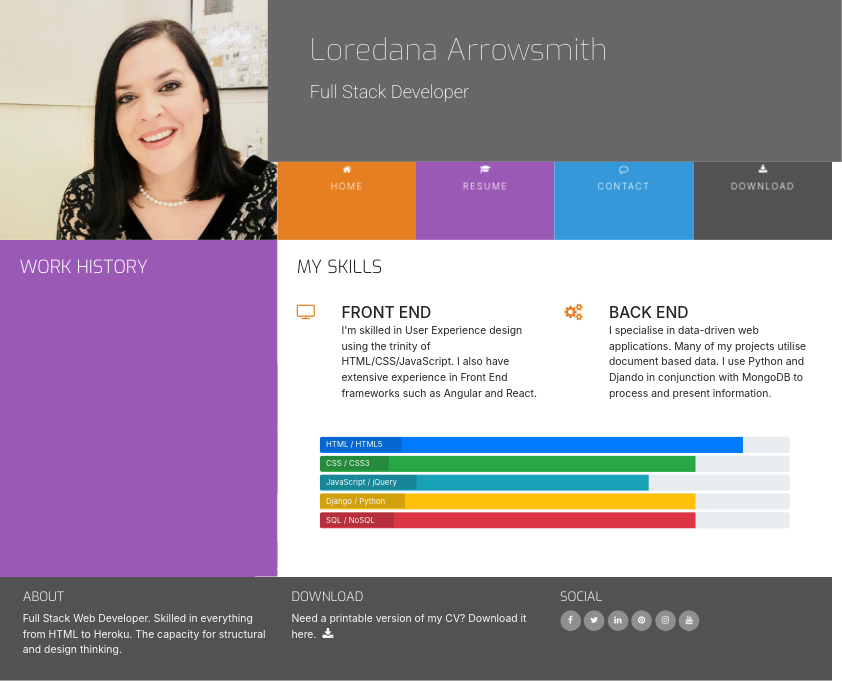
Repository: lolalongo11/Loredana-Resume
Page: resume.html
The author's editor kept a record of every edit. The page is drawn from the files as they stood at one moment, then again after the next edit.
The browser window is 1280 px wide. The page is 1295 px wide, so the pictures cover 1295 px, including what lies to the right of the window. The pictures show the whole page, at 65% of full size.

Above is the page before.

### resume.html
<!DOCTYPE html>
<html lang="en">

<head>
    <meta charset="UTF-8">
    <meta name="viewport" content="width=device-width, initial-scale=1.0">
    <meta http-equiv="X-UA-Compatible" content="ie=edge">
    <link rel="stylesheet" href="https://stackpath.bootstrapcdn.com/bootstrap/4.3.1/css/bootstrap.min.css" type="text/css" />
    <link rel="stylesheet" href="https://stackpath.bootstrapcdn.com/font-awesome/4.7.0/css/font-awesome.min.css" type="text/css" />
    <link rel="stylesheet" href="https://cdnjs.cloudflare.com/ajax/libs/hover.css/2.3.1/css/hover-min.css" type="text/css" />
    <link rel="stylesheet" href="assets/css/style.css" type="text/css" />
    <title>Loredana</title>
</head>

<body>
    <header>
        <div class="row no-gutters">
            <a href="index.html" class="col-md-4 logo">
                </a>

            <div class="col-md-8 no-gutters">
                <div class="row bg-color-name-title">
                    <div class="col heading">
                        <h1 class="name">Loredana Arrowsmith</h1>
                        <h2 class="title">Full Stack Developer</h2>
                    </div>
                </div>
                <div class="col no-gutters">
                    <ul id="nav" class="list-inline menucontainer">
                        <li class="col-6 col-sm-3 ui-menu-color-home list-inline-item menuitem">
                            <a href="#" class="hvr-sweep-to-bottom"><i class="fa fa-home" aria-hidden="true"></i><span>Home</span></a>
                        </li>
                        <li class="col-6 col-sm-3 ui-menu-color-resume list-inline-item menuitem">
                            <a href="#" class="hvr-sweep-to-bottom"><i class="fa fa-graduation-cap" aria-hidden="true"></i><span>Resume</span></a>
                        </li>
                        <li class="col-6 col-sm-3 ui-menu-color-contact list-inline-item menuitem">
                            <a href="#" class="hvr-sweep-to-bottom"><i class="fa fa-comment-o" aria-hidden="true"></i><span>Contact</span></a>
                        </li>
                        <li class="col-6 col-sm-3 ui-menu-color-download list-inline-item menuitem">
                            <a href="#" class="hvr-sweep-to-bottom"><i class="fa fa-download" aria-hidden="true"></i><span>Download</span></a>
                        </li>
                    </ul>
                </div>
            </div>
        </div>

    </header>
    <section class="container-fluid">
        <div class="row">
            <div class="col-md-4 bg-color-work-history section-column">
                <div class="row">
                    <div class="col-12">
                        <h3 class="history-heading uppercase">
                            Work History
                        </h3>
                    </div>
                </div>
            </div>
            <div class="col-md-8 bg-color-three-reasons section-column">
                <div class="row">
                    <div class="col">
                        <h3 class="section-heading uppercase">My Skills</h3>
                    </div>
                </div>
                <div class="row">
                    <div class="col-10 offset-1 offset-sm-0 col-sm-4 col-md-6">
                        <div class="row">
                            <div class="col-2">
                                <i class="three-reasons-icon fa fa-tv" aria-hidden="true"></i>
                            </div>
                            <div class="col-10">
                                <h4 class="three-reasons-heading uppercase">Front End</h4>
                                <p>
                                    I'm skilled in User Experience design using the trinity of HTML/CSS/JavaScript.
                                    I also have extensive experience in Front End frameworks such as Angular and React.
                                </p>
                            </div>
                        </div>
                    </div>
                    <div class="col-10 offset-1 offset-sm-0 col-sm-4 col-md-6">
                        <div class="row">
                            <div class="col-2">
                                <i class="three-reasons-icon fa fa-gears" aria-hidden="true"></i>
                            </div>
                            <div class="col-10">
                                <h4 class="three-reasons-heading uppercase">Back End</h4>
                                <p>
                                    I specialise in data-driven web applications. Many of my projects utilise document
                                    based data. I use Python and Djando in conjunction with MongoDB to process and present information.
                                </p>
                            </div>
                        </div>
                    </div>
                </div>
                <div class="row progress-section">
                    <div class="col">
                        <div class="progress">
                            <div class="progress-bar" role="progressbar" aria-valuenow="90" aria-valuemin="0" aria-valuemax="100" style="width:90%;">
                                <span class="sr-only">90% complete</span>
                            </div>
                            <span class="progress-type">HTML / HTML5</span>
                        </div>
                        <div class="progress">
                            <div class="progress-bar bg-success" role="progressbar" aria-valuenow="80" aria-valuemin="0" aria-valuemax="100" style="width:80%;">
                                <span class="sr-only">80% complete</span>
                            </div>
                            <span class="progress-type">CSS / CSS3</span>
                        </div>
                        <div class="progress">
                            <div class="progress-bar bg-info" role="progressbar" aria-valuenow="70" aria-valuemin="0" aria-valuemax="100" style="width:70%;">
                                <span class="sr-only">70% complete</span>
                            </div>
                            <span class="progress-type">JavaScript / jQuery</span>
                        </div>
                        <div class="progress">
                            <div class="progress-bar bg-warning" role="progressbar" aria-valuenow="80" aria-valuemin="0" aria-valuemax="100" style="width:80%;">
                                <span class="sr-only">80% complete</span>
                            </div>
                            <span class="progress-type">Django / Python</span>
                        </div>
                        <div class="progress">
                            <div class="progress-bar bg-danger" role="progressbar" aria-valuenow="80" aria-valuemin="0" aria-valuemax="100" style="width:80%;">
                                <span class="sr-only">80% complete</span>
                            </div>
                            <span class="progress-type">SQL / NoSQL</span>
                        </div>
                    </div>
                </div>
            </div>
        </div>
    </section>
    <footer class="container-fluid">
        <div id="footer-details" class="row">
            <div class="col-sm-4">
                <h5 class="uppercase general-sub">About</h5>
                <p class="inline-block">
                    Full Stack Web Developer. Skilled in everything from HTML to Heroku. The capacity for structural and design thinking.
                </p>
            </div>
            <div class="col-sm-4">
                <h5 class="uppercase general-sub">Download</h5>
                <p class="inline-block">
                    Need a printable version of my CV? Download it here.
                    <a href="#" target="_blank" class="cv-pdf">
                        <i class="fa fa-download" aria-hidden="true"></i>
                        <span class="sr-only">Download link.</span>
                    </a>
                </p>
            </div>
            <div class="col-sm-4">
                <h5 class="uppercase general-sub">Social</h5>
                <ul class="list-inline social-links">
                    <li class="list-inline-item">
                        <a target="_blank" href="#">
                            <i class="fa fa-facebook" aria-hidden="true"></i>
                            <span class="sr-only">Facebook</span>
                        </a>
                    </li>
                    <li class="list-inline-item">
                        <a target="_blank" href="#">
                            <i class="fa fa-twitter" aria-hidden="true"></i>
                            <span class="sr-only">Twitter</span>
                        </a>
                    </li>
                    <li class="list-inline-item">
                        <a target="_blank" href="#">
                            <i class="fa fa-linkedin" aria-hidden="true"></i>
                            <span class="sr-only">LinkedIn</span>
                        </a>
                    </li>
                    <li class="list-inline-item">
                        <a target="_blank" href="#">
                            <i class="fa fa-pinterest" aria-hidden="true"></i>
                            <span class="sr-only">pinterest</span>
                        </a>
                    </li>
                    <li class="list-inline-item">
                        <a target="_blank" href="#">
                            <i class="fa fa-instagram" aria-hidden="true"></i>
                            <span class="sr-only">Instagram</span>
                        </a>
                    </li>
                    <li class="list-inline-item">
                        <a target="_blank" href="#">
                            <i class="fa fa-youtube" aria-hidden="true"></i>
                            <span class="sr-only">You Tube</span>
                        </a>

                    </li>

                </ul>
            </div>
        </div>

    </footer>
</body>

</html>

### assets/css/style.css
@import url('https://fonts.googleapis.com/css?family=Roboto:100,200,300,400,500,600,700|Exo:100,200,300,400,500,600,700');

/* ----------------------------------------------------Colours */

.bg-color-name-title {
    background-color: #676767;
}

.bg-color-three-reasons {
    background-color: #fff;

}

.bg-color-personal-info {
    background-color: #f4f4f4;
}

.bg-color-work-history {
    background-color: #9b59b6;
}

.ui-menu-color-home {
    background-color: #e67e22;
}

.ui-menu-color-resume {
    background-color: #9b59b6;
}

.ui-menu-color-contact {
    background-color: #3498db;
}

.ui-menu-color-download {
    background-color: #525252;
}

/* ----------------------------------------------------Special margins/padding/text */

h1,
h2,
h3,
h4 {
    margin: 0;
}

.uppercase {
    text-transform: uppercase;
}

.general-sub {
    font-family: "Exo", sans-serif;
    font-weight: 300;
    color: #fafafa;
}

.inline-block {
    display: inline-block;
}

.row-table {
    display: table;
}


.section-column {
    display: table-cell;
    padding: 0 30px 30px;
    float: none;
}

.history-heading,
.section-heading {
    font-family: "Exo"; sans-serif;
    font-weight: 300;
    margin-top: 25px;
    margin-bottom: 40px;
}



/* ----------------------------------------------------Heading */

.header {
    margin: 0;
}

.heading {
    margin-left: 50px;
}

.logo {
    background: url("../images/loredana.jpg");
    background-position: center;
    background-repeat: no-repeat;
    background-size: cover;
    min-height: 360px;
    transition: all .5s ease-in-out;
    -moz-transition: all .5s ease-in-out;
    -webkit-transition: all .5s ease-in-out;
}

.name {
    font-family: "Exo", sans-serif;
    font-weight: 100;
    font-size: 46px;
    margin-top: 50px;
    color: #fff;
}

.title {
    font-family: "Roboto", sans-serif;
    font-weight: 200;
    font-size: 28px;
    margin-top: 20px;
    margin-bottom: 90px;
    color: #fff;

}

.list-inline-item:not(:last-child) {
    margin: 0;
}

.menucontainer {
    font-size: 0;
}

#nav li {
    font-size: 14px;
    padding: 0;
}

#nav {
    margin: 0px;
}

.menuitem {
    height: 120px;
    text-align: center;
    padding: 0;
}

.menuitem a {
    width: 100%;
    text-decoration: none;
    color: #fff;
    height: 120px;
}

.menu a i {
    padding-top: 22px;
    display: block;
    color: #fafafa;
    font-size: 26px;
}

.menuitem span {
    display: block;
    width: 100%;
    padding-top: 5px;
    text-align: center;
    text-transform: uppercase;
    font-size: 14px;
    font-weight: 300;
    letter-spacing: 2px;
}

/* ----------------------------------------------------Hover.css */

.hvr-sweep-to-bottom:before {
    background: rgba(0, 0, 0, 0.2);
    height: 120px;
}

/* ----------------------------------------------------Footer */

footer {
    background-color: #525252;
    color: #fafafa;
    min-height: 120px;
    margin: 0;
}

.cv-pdf i {
    font-size: 18px;
    color: #fafafa;
    text-align: center;
    padding-left: 5px;
    transition: all 0.35s ease-in-out;
    -moz-transition: all 0.35s ease-in-out;
    -webkit-transition: all 0.35s ease-in-out;
    -o-transition: all 0.35s ease-in-out;
}

.cv-pdf i:hover {
    color: #e84610;
}

.social-links {
    padding-bottom: 15px;
}

.social-links li a i {
    width: 32px;
    height: 32px;
    padding: 12px 0;
    border-radius: 50%;
    font-size: 13px;
    line-height: 7px;
    text-align: center;
    color: #fafafa;
    background-color: #8f8f8f;
    transition: all 0.35s ease-in-out;
    -moz-transition: all 0.35s ease-in-out;
    -webkit-transition: all 0.35s ease-in-out;
    -o-transition: all 0.35s ease-in-out;
}

.social-links li a i:hover {
    background: #e84610;
}

#footer-details{
    padding: 20px;
}

/* ----------------------------------------------------Three reasons */

.three-reasons-icon {
    font-size: 26px;
    color: #e67e22;
}

.three-resons-heading {
    margin-bottom: 15px
}

/* ----------------------------------------------------Personal info */

.personal-info-item {
    margin-bottom: 20px;
    display: block;
    clear: both;
}

.personal-info-item .key,
.personal-info-item .value {
  padding-right: 8px;
  display: inline-block;
}

.personal-info-item .key p,
.personal-info-item .value p {
    margin: 0;
}

.personal-info-item .key {
    width: 30%;
    margin-right: 21px;
    padding-top: 2px;
    vertical-align: top;

}

.personal-info-item .key p{
    font-weight: 700;

}

.personal-info-item .value {
     position:relative;
     width: 60%;
}

/* ----------------------------------------------------Skills */

.progress {
    position: relative;
    height: 25px;
    margin-bottom: 4px;
}

.progress-type {
    position: absolute;
    left: 0px;
    font-weight: 400;
    padding: 3px 30px 2px 10px;
    color: #fafafa;
    background-color: rgba(25, 25, 25, 0.2);
}

.progress-section {
    margin: 40px 20px;
}

/* ----------------------------------------------------Work History */

.history-heading {
    color: #fafafa;
    margin-bottom: 50px;
}

.timeline-item {
    padding: 43em 2em 0em 2em;
    position: relative;
    color: #fafafa;
    border-left: 1px solid;
}

.timeline-item p {
    padding: 0;
    margin: 0;
}

.timeline-item:before {
    content: attr(data-dates);
    position: absolute;
    left: 2.5em;
    top: 3em;
    display: block;
    font-family: "Exo", sans-serif;
    font-weight: 500;
    font-size: 0.8em;
    padding: 0;
    margi
}

After the next edit:
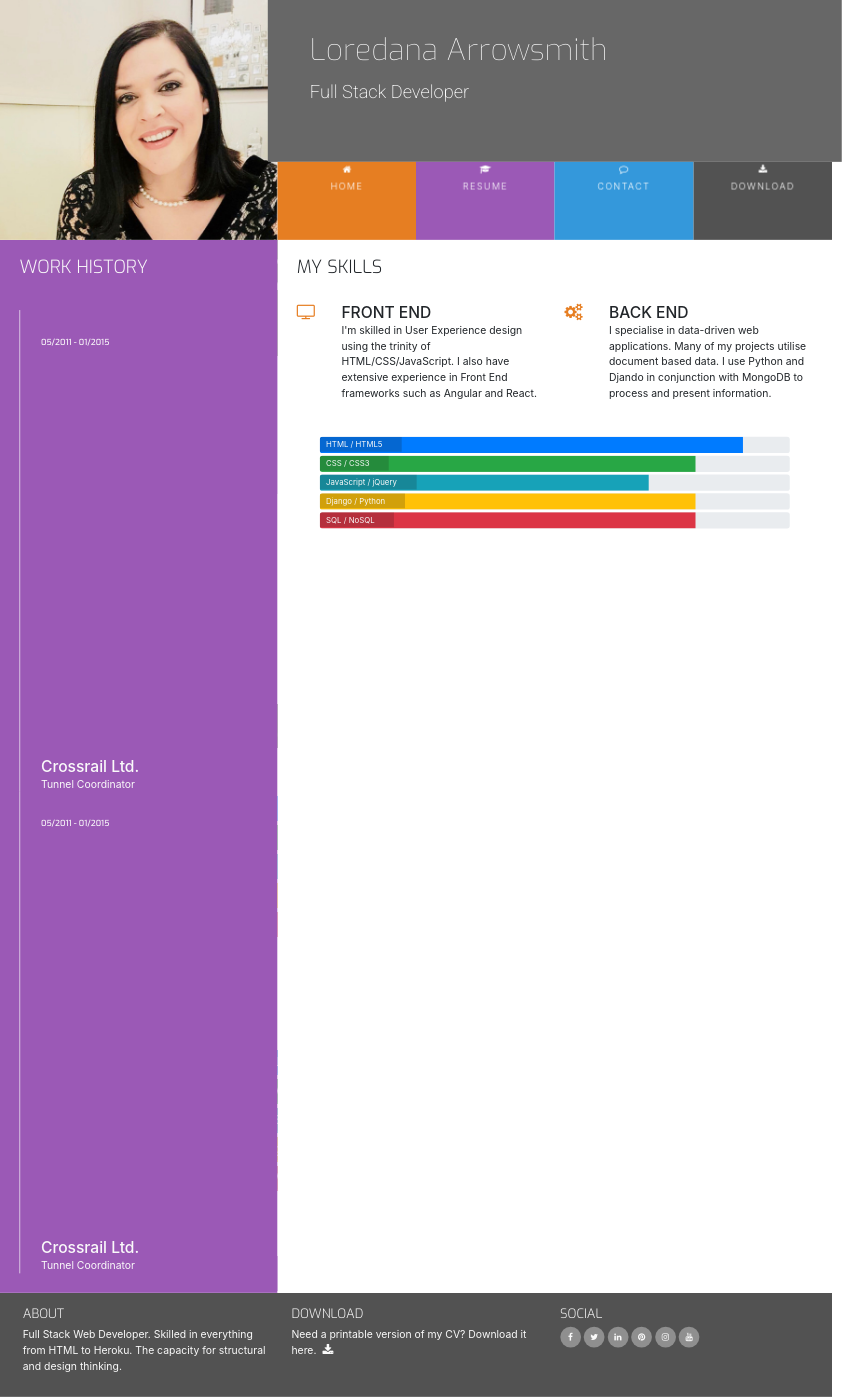
The edit:
--- a/resume.html
+++ b/resume.html
@@ -55,6 +55,14 @@
                         </h3>
                     </div>
                 </div>
+                <div class="timeline-item" data-dates="05/2011 - 01/2015">
+                    <h4>Crossrail Ltd.</h4>
+                    <p>Tunnel Coordinator</p>
+                </div>
+                <div class="timeline-item" data-dates="05/2011 - 01/2015">
+                    <h4>Crossrail Ltd.</h4>
+                    <p>Tunnel Coordinator</p>
+                </div>
             </div>
             <div class="col-md-8 bg-color-three-reasons section-column">
                 <div class="row">
